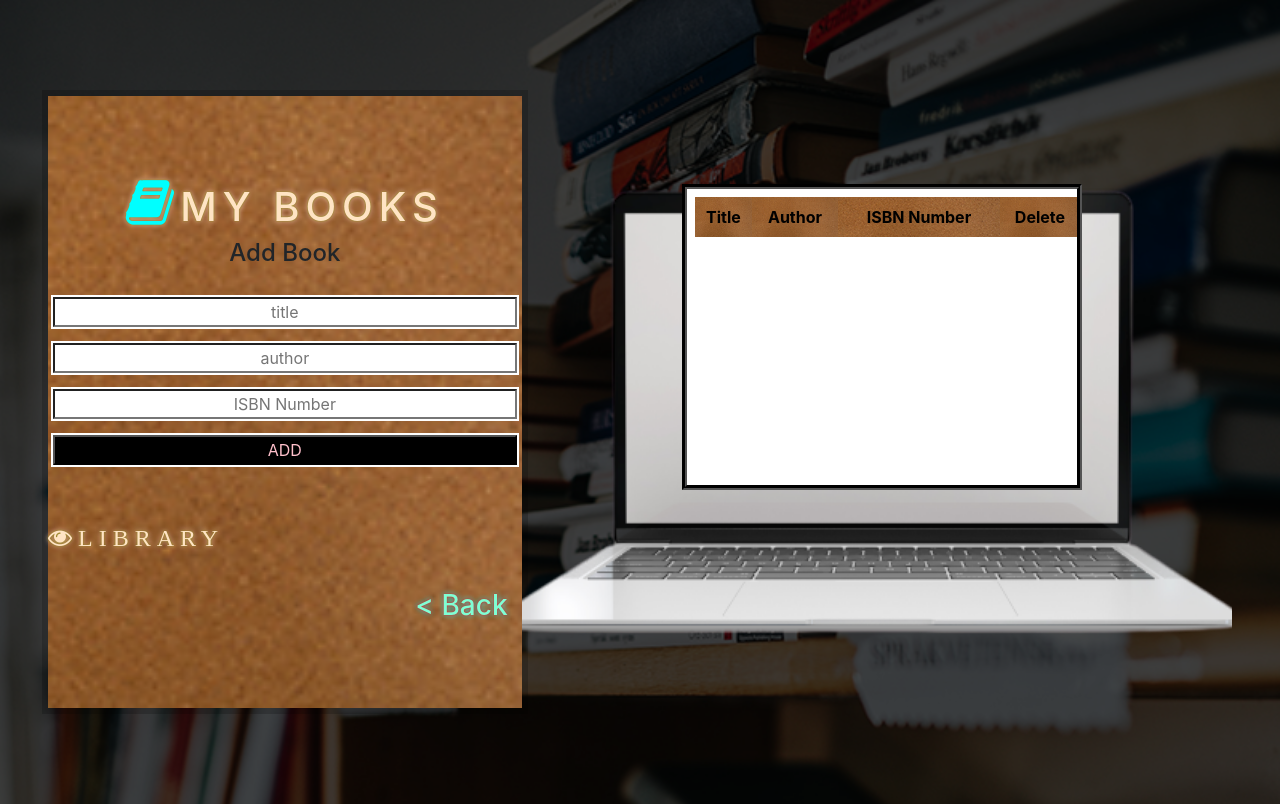
Repository: CSituma/Home-Library-App
Page: libu.html
The author's editor kept a copy of each file at every save. The page is drawn from the files as they stood at one save, then again after the next save.
The browser window is 1280 px wide. The pictures show the whole page.
The pointer rests on the first visible `.fa`.
Backgrounds fixed to the window are drawn as part of the page. Some web libraries are served in a nearby version.

Above is the page before, as saved 2020-11-10 21:41:11.

### libu.html
<!DOCTYPE html>
<html lang="en">
<head>
    <meta charset="UTF-8">
    <meta name="viewport" content="width=device-width, initial-scale=1.0">
    <meta http-equiv="X-UA-Compatible" content="ie=edge">
    <link rel="stylesheet" href="style.css">
    <link rel="stylesheet" href="https://cdnjs.cloudflare.com/ajax/libs/font-awesome/4.7.0/css/font-awesome.min.css"/>
<link rel="stylesheet" href="https://stackpath.bootstrapcdn.com/bootstrap/4.5.0/css/bootstrap.min.css" integrity="sha384-9aIt2nRpC12Uk9gS9baDl411NQApFmC26EwAOH8WgZl5MYYxFfc+NcPb1dKGj7Sk" crossorigin="anonymous"/>
<link rel="stylesheet" href="https://cdnjs.cloudflare.com/ajax/libs/animate.css/4.0.0/animate.min.css"/>
  <title>BOOK TRACKER</title>
</head>
<body>
    <div class="columns">
        <div class="js">

            <h1><i class="fa fa-book"></i>MY BOOKS</h1>
                        <h4>Add Book</h4>
            <form id="form">
                <input type= "text" id= "title"  placeholder="title">
                <input type= "text" id= "author" placeholder="author" >
                <input type= "text" id= "number" placeholder="ISBN Number">
                <input type= "submit"id= "button" value="ADD">
            </form>
        <h3> <a href= "./index.html"> < Back </a></h3>
        <h4 id="libur"><a href= "#storage"><i class="fa fa-eye">LIBRARY</i></a></h4>

        </div>
        <div class="storage" id="storage" >
              <div class="storage_items">
        <table id="table">
            <thead>
                <tr>
                <th id="title">Title</th>
                <th>Author</th>
                <th>ISBN Number</th>
                <th>Delete</th>
                </tr>
                </thead>
                <tbody class="Booklist" id="booklist">
                </tbody>
            </table>
            </div>
        </div>
</div>
    <script src="lib.js"></script>
 </body>
 </html>

### style.css
/*homepage//////////////*/
body,
html {
  max-width: 100%;
  margin: 0;
  padding: 0;
  max-height: 100%;
  background: url("./images/sandra-seitamaa-qkIWnKtGhg4-unsplash.jpg")
    center/cover no-repeat fixed;
}

.container {
  margin: 10em 20em 20em 20em;
  height: 400px;
  width: 40%;
  background-color: rgba(146, 116, 15, 0.445);
  text-align: center;
}

.lol {
  padding-top: 5em;
  font-weight: 800;
  font-style: italic;
}
span {
  color: yellow;
  font-weight: 400;
}
#lolone {
  color: ghostwhite;
}

h3 {
  padding-top: 4em;
  float: right;
  margin-right: 0.5em;
  font-weight: 900;
  font-size: 2rem;
  text-shadow: 0 0 3px #FF0000, 0 0 5px aqua;
}

h3 a {
  text-decoration: none;
 color: aquamarine;

}

h3 a:hover {
  text-decoration: none;
  color: burlywood;
}

#you {
  padding: 1rem;
  color: gold;
}

/*library////////////////*/
.columns {
  display: flex;
  justify-content: space-between;
  max-width: 100%;
  max-height: 100%;
  background: rgba(0, 0, 0, 0.692);

}
h1{
  letter-spacing: 6px;
  text-shadow: 0 0 3px olive, 0 0 5px pink;
  padding-top:2em;
  margin: 0;
  color: bisque;

}
table {
  background: black;
  width: 100%;
  margin:0.5em;
  margin-left:0.2em;
  text-align: center;
  color:white;

}


td{
  margin: 2em;
}
tr{
  border-left: white 5px solid;
  height: 40px;
}
th {
  color: black;
  background:url('./images/josephine-bredehoft-KsAo8ouBn8A-unsplash.jpg') center/cover no-repeat;
  outline: none;
}
tbody tr:nth-child(odd){
  background:white;
 color: olive;
}
tbody tr:nth-child(odd):hover {
  box-shadow: 0 0 0 2px white;

}
tbody tr:nth-child(even){
background:black;

}
tbody tr:nth-child(even):hover{
  box-shadow: 0 0 0 2px gray;
}

 .fa {
   color:aqua;
 }
 .fa:hover{
   font-size:1.3em;
 }
form {
  padding: 0.3em;
  margin-top: 1em;
}

form input {
  width: 100%;
  margin: 0.5em 0;
  -webkit-box-shadow: 0 0 0 2px white;
  box-shadow: 0 0 0 2px white;
}

:placeholder-shown {
  text-align: center;
}

#button {
  color: pink;
  background-color: black;
}

/*/////////////////////////////////*/
.storage_items {

  background-color: white;
  width:100%;
  max-height: 70%;
  margin-left: 8em;
  margin-top: 5em;
  margin-bottom: 2em;
  border: rgb(0, 0, 0) 5px solid;
  border-style: groove;
  padding-bottom: 15em;
  overflow: scroll;
  scroll-behavior: smooth;
  scrollbar-width: 2px;
}
.storage {
  background:url("./images/1463-removebg-preview.png") center/cover no-repeat;
  width: 60%;
  height: 85vh;
  margin: 6em 3em 6em 0;
  border-radius: 3px;

}
.js {
  -webkit-box-shadow: 0 0 0 6px rgba(0, 0, 0, 0.191);
  box-shadow: 0 0 0 6px rgba(0, 0, 0, 0.191);
  text-align: center;
  width: 40%;
  margin: 6em 0em 6em 3em;
  background: url("./images/josephine-bredehoft-KsAo8ouBn8A-unsplash.jpg")
    center/cover no-repeat;
}
#libur .fa{
  margin-top: 2em;
 float: left;
 margin-left: 0;
color:bisque;
letter-spacing: 6px;
text-shadow: 0 0 3px olive, 0 0 5px pink;
}
@media screen and (max-width:1000px) {
  .storage{
    margin-right: 0;

    background: url("./images/719-removebg-preview.png") center/cover no-repeat;
  }
  .storage_items{
    margin:0;
    font-size: 13px;
   border: 10px solid black;
   border-radius: 45px;
   border-bottom-right-radius:5px;
   border-bottom-left-radius:5px;
   border-top-right-radius:15px;

   padding:0;
   padding-bottom: 15em;

}

.js{
  margin: 0;}


}

@media screen and (min-width:1000px) {

 .storage_items{
  max-height: 60%;
    background-color: white;
    width: 400px;
    height: 50%;
    margin-left: 10em;
    margin-top: 5.5em;

  }


 }

 @media screen and (max-width:800px)
 {
  .storage{
    background: url("./images/719-removebg-preview.png") center/cover no-repeat;
  }
  .storage_items{
    margin:0;
    font-size: 13px;
   border: 10px solid black;
   border-radius: 45px;
   border-bottom-right-radius:5px;
   border-bottom-left-radius:5px;
   border-top-right-radius:15px;
   padding:0;
   padding-bottom: 15em;

}
.columns{
  flex-direction: column;
}
.js{
  width:100%;
  padding: 0 5em;
 }

 }

### lib.js
// Book Class: Represents a Book
class Book {
  constructor(title, author, isbn) {
    this.title = title;
    this.author = author;
    this.isbn = isbn;
  }
}

// UI Class: Handle UI Tasks
class UI {
//display Books.//
static displayBooks () {
 const books = Store.getBooks();
 books.forEach(((book) =>
  UI.addBookToList(book)));
}


//addbooks
static addBookToList(book) {

const bookList = document.querySelector('#booklist');
const row = document.createElement('tr');

row.innerHTML= `<td>${book.title} </td>
               <td>${book.author}</td>
               <td>${book.isbn}</td>
              <td><i class="fa fa-trash-o"></i></td>`;

bookList.appendChild(row);

}


//deletebooks
static deleteBook(el){
 if(el.classList.contains('fa')){
   el.parentElement.parentElement.remove();
  }}

////show alert msg
static showAlert(message, className){
const div = document. createElement('div');
div.className = `alert alert-${className}`;
div.appendChild(document.createTextNode(message));
const button = document.getElementById('button');
const form = document.getElementById('form');


form.insertBefore(div, button);


//message vanishing//

setTimeout(() => {
  document.querySelector('.alert').remove();
}, 3000);

}

//clear fields//

static clearFields() {
  document.querySelector('#title').value = '';
  document.querySelector('#author').value = '';
  document.querySelector('#number').value = '';
}

}

///Events:
/* 1. Display Books */

document.addEventListener('DOMContentLoaded', UI.displayBooks);

/* 2. Add Books*/
document.querySelector("#form").addEventListener('submit',(e) =>
{
e.preventDefault();
///get form values//
const title = document.querySelector('#title').value;
const author = document.querySelector('#author').value;
const isbn = document.querySelector('#number').value;

  // Validate
 if(title ===''|| author===''|| isbn===''){
   UI.showAlert('Please fill in the Form', 'danger')
 }
else{
  //instantiate Book
  const book = new Book(title,author,isbn);

//////Adding
UI.addBookToList(book);

Store.addBook(book);

///Show Sucess Message
UI.showAlert('Added', 'success');
//Clearfields
UI.clearFields();


 }
}
);


/////3. Remove BOOK////
document.querySelector('#booklist').addEventListener('click', (e)=>{
e.preventDefault();
//deleting from UI

UI.deleteBook(e.target);
///deleting from Store
Store.removeBook(e.target.parentElement.previousElementSibling.textContent);
//Message
UI.showAlert('Book Deleted', 'danger');

}
);

///localStorage
class Store{
  static getBooks(){
    let books;
   if (localStorage.getItem('books') === null){
     books = [];
   }
   else {
     books = JSON.parse(localStorage.getItem('books'));
   }
   return books;
  }

  static addBook(book){
    const books= Store.getBooks();
    books.push(book);
   localStorage.setItem('books',JSON.stringify(books));
  }
  static removeBook(isbn) {
    const books = Store.getBooks();

    books.forEach((book, index) => {
      if(book.isbn === isbn) {
        books.splice(index, 1);
      }
    });
    localStorage.setItem('books', JSON.stringify(books));
  }
}

After the next save:
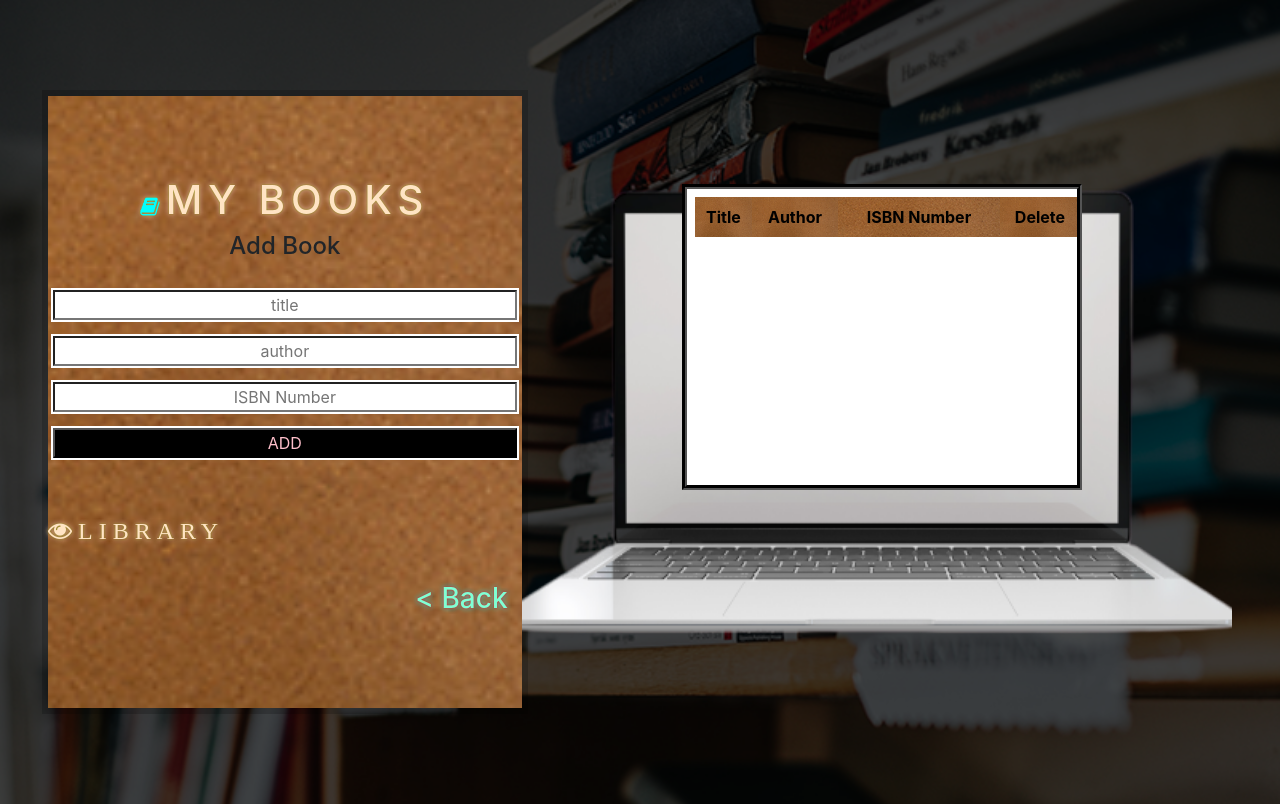
Saved 5 min 54 s later.
--- a/style.css
+++ b/style.css
@@ -115,7 +115,7 @@ tbody tr:nth-child(even):hover{
    color:aqua;
  }
  .fa:hover{
-   font-size:1.3em;
+   font-size:1.3rem;
  }
 form {
   padding: 0.3em;
@@ -171,6 +171,7 @@ form input {
   background: url("./images/josephine-bredehoft-KsAo8ouBn8A-unsplash.jpg")
     center/cover no-repeat;
 }
+
 #libur .fa{
   margin-top: 2em;
  float: left;
@@ -179,6 +180,7 @@ color:bisque;
 letter-spacing: 6px;
 text-shadow: 0 0 3px olive, 0 0 5px pink;
 }
+
 @media screen and (max-width:1000px) {
   .storage{
     margin-right: 0;
